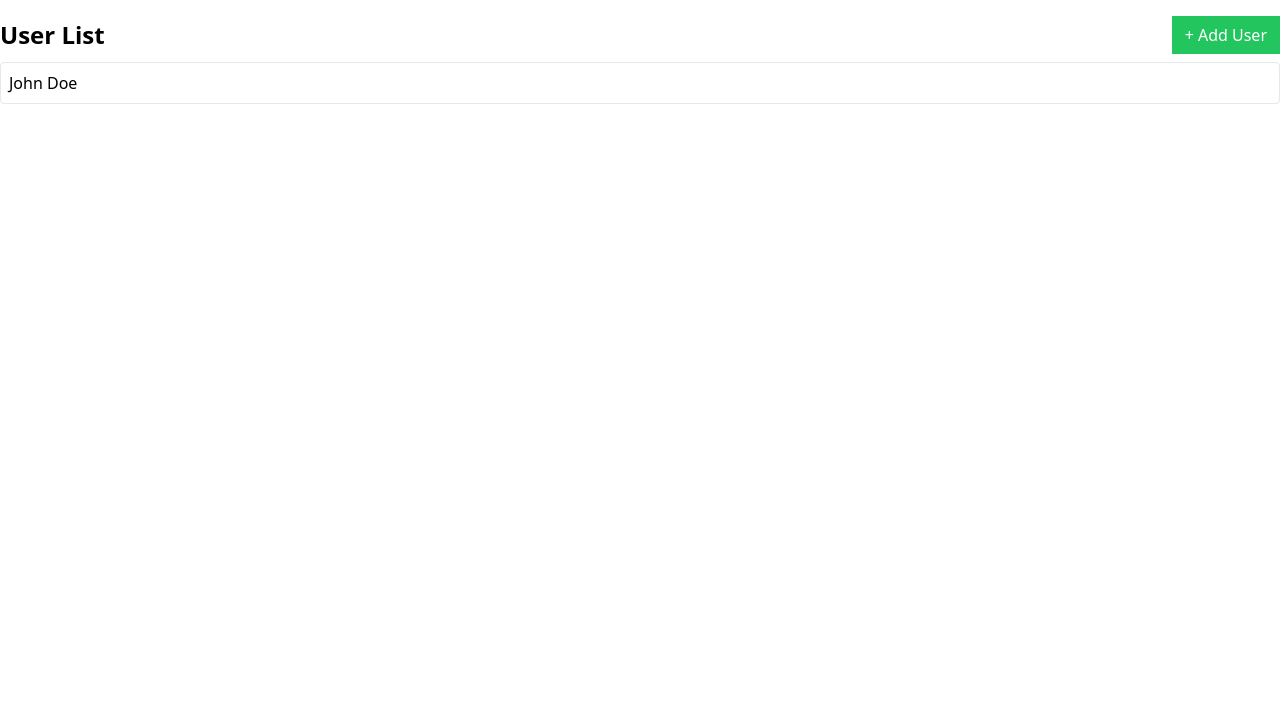
Repository: Marhamat92/users-app-redux-thunk-and-query
Page: /
The author's editor kept a copy of each file at every save. The page is drawn from the files as they stood at one save, then again after the next save.
The browser window is 1280 px wide. The pictures show the whole page.
The project was rebuilt for these pictures with package versions that can differ from the ones it lists, and the page was loaded fresh each time. Requests to the local data server were answered from the project's data file.

Above is the page before, as saved 2023-01-30 19:45:48.

After the next save:
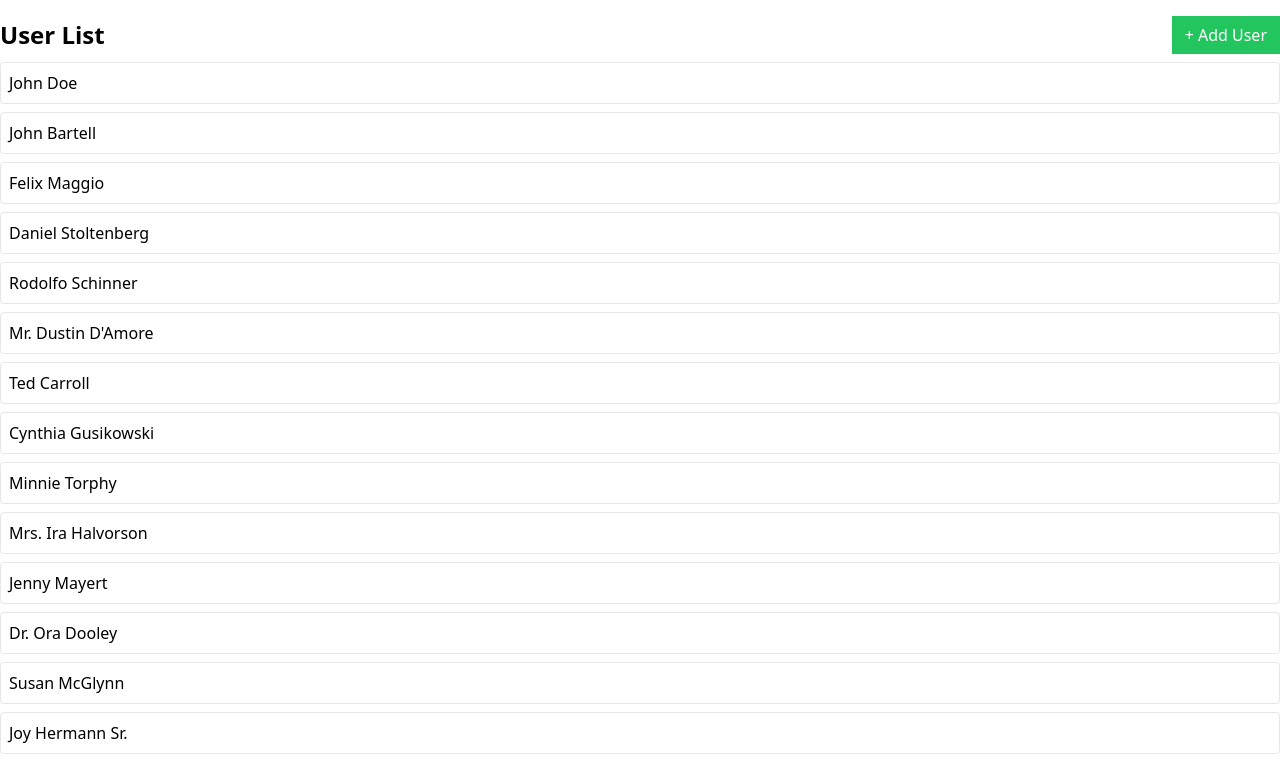
Saved 4 min 26 s later.
--- a/db.json
+++ b/db.json
@@ -1,8 +1,63 @@
 {
-  "users":[{
-    "id":1,
-     "name":"John Doe"
-  }],
-  "albums":[],
-  "photos":[]
+  "users": [
+    {
+      "id": 1,
+      "name": "John Doe"
+    },
+    {
+      "name": "John Bartell",
+      "id": 2
+    },
+    {
+      "name": "Felix Maggio",
+      "id": 3
+    },
+    {
+      "name": "Daniel Stoltenberg",
+      "id": 4
+    },
+    {
+      "name": "Rodolfo Schinner",
+      "id": 5
+    },
+    {
+      "name": "Mr. Dustin D'Amore",
+      "id": 6
+    },
+    {
+      "name": "Ted Carroll",
+      "id": 7
+    },
+    {
+      "name": "Cynthia Gusikowski",
+      "id": 8
+    },
+    {
+      "name": "Minnie Torphy",
+      "id": 9
+    },
+    {
+      "name": "Mrs. Ira Halvorson",
+      "id": 10
+    },
+    {
+      "name": "Jenny Mayert",
+      "id": 11
+    },
+    {
+      "name": "Dr. Ora Dooley",
+      "id": 12
+    },
+    {
+      "name": "Susan McGlynn",
+      "id": 13
+    },
+    {
+      "name": "Joy Hermann Sr.",
+      "id": 14
+    }
+
+  ],
+  "albums": [],
+  "photos": []
 }
